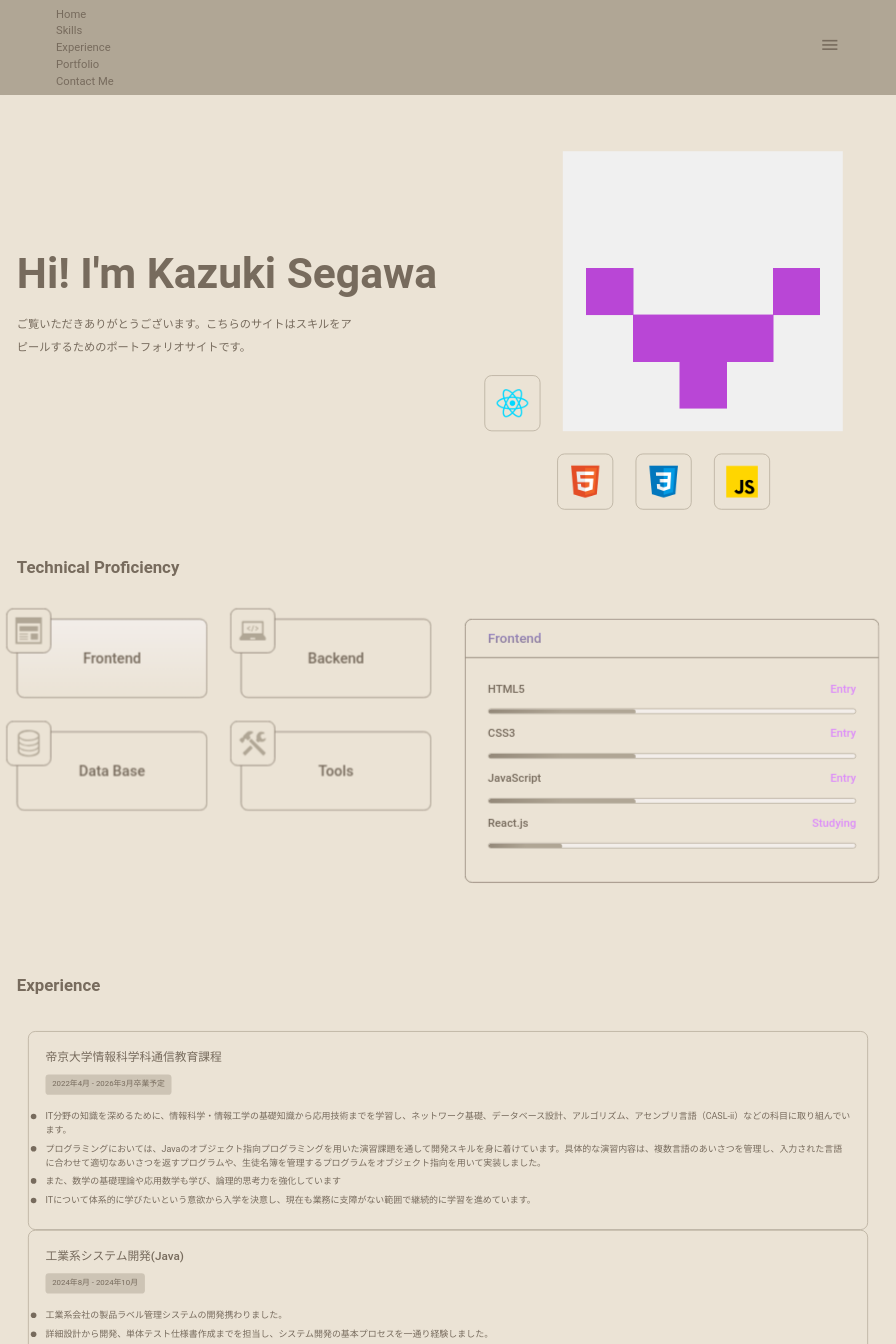
Repository: segawa74/SegawaSite
Page: /
An editor plug-in stored every save of this project. The page is shown before and after the next save, followed by the edit.
The browser window is 1280 px wide. The pictures show the part of the page from y = 0 to 1920 px (the page is 3141 px tall before and 3056 px after), at 70% of full size.
The project was rebuilt for these pictures with package versions that can differ from the ones it lists, and the page was loaded fresh each time. Also part of the build but not shown: vite.config.ts, src/components/Navbar/Navbar.css.

Above is the page before, as saved 2024-10-23 18:28:32.

After the next save:
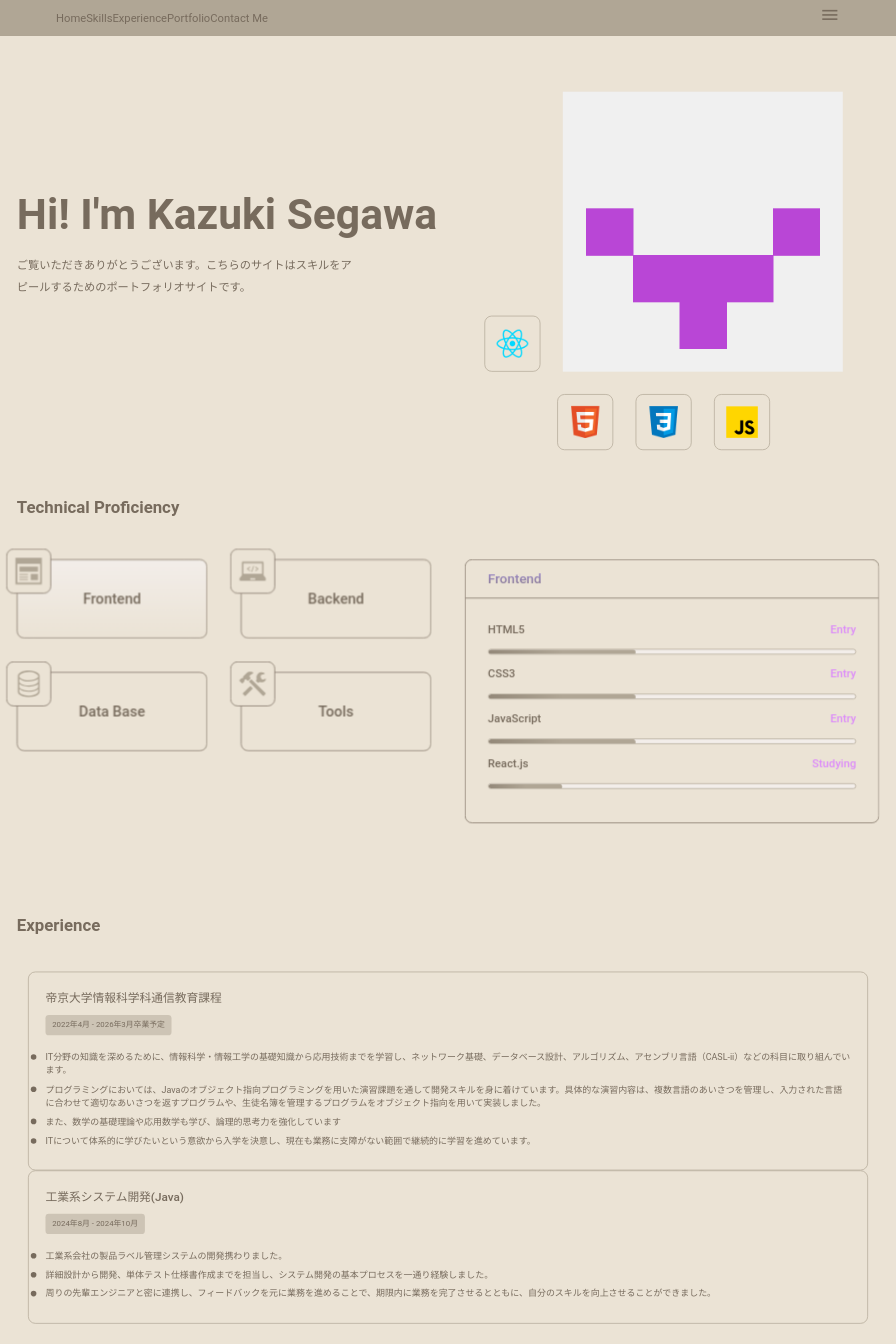
Saved 35 s later.
--- a/src/components/Navbar/Navbar.tsx
+++ b/src/components/Navbar/Navbar.tsx
@@ -16,7 +16,7 @@ const NavBar: React.FC = () => {
 
       <nav className="bg-[#B0A695] sticky top-0 z-30 backdrop-blur-sm py-2">
         <div className="max-w-6xl mx-auto flex items-center justify-between px-4 flex">
-          <ul>
+          <ul className="flex">
             <li>
               <Link
                 activeClass="active"
